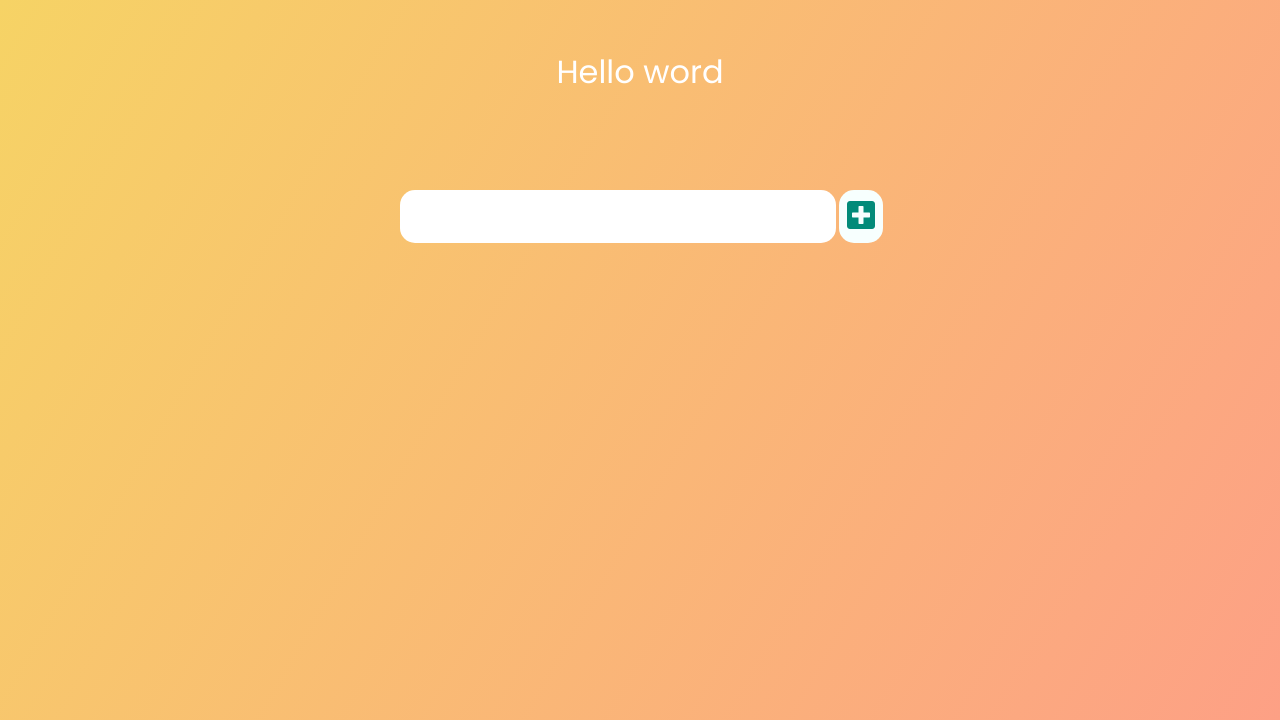
Repository: 2021-IBM-Accelerate-SW-Track/lab-1-team-34
Page: /
The author's editor kept a copy of each file at every save. The page is drawn from the files as they stood at one save, then again after the next save.
The browser window is 1280 px wide. The pictures show the whole page.
Some web libraries are served in a nearby version. The project was rebuilt for these pictures with package versions that can differ from the ones it lists, and the page was loaded fresh each time. Also part of the build but not shown: src/components/Todo.js.

Above is the page before, as saved 2021-06-16 21:50:05.

### public/index.html
<!DOCTYPE html>
<html lang="en">
  <head>
    <meta charset="utf-8" />
    <link
      href="https://fonts.googleapis.com/css?family=Poppins&display=swap"
      rel="stylesheet"
    />
    <link
      rel="stylesheet"
      href="https://cdnjs.cloudflare.com/ajax/libs/font-awesome/5.12.1/css/all.min.css"
      integrity="sha256-mmgLkCYLUQbXn0B1SRqzHar6dCnv9oZFPEC1g1cwlkk="
      crossorigin="anonymous"
      <meta
      name="viewport"
      content="width=device-width, initial-scale=1"
    />
    <meta name="theme-color" content="#000000" />
    <meta
      name="description"
      content="Web site created using create-react-app"
    />
    <link rel="apple-touch-icon" href="%PUBLIC_URL%/logo192.png" />
    <!--
      manifest.json provides metadata used when your web app is installed on a
      user's mobile device or desktop. See https://developers.google.com/web/fundamentals/web-app-manifest/
    -->
    <link rel="manifest" href="%PUBLIC_URL%/manifest.json" />
    <!--
      Notice the use of %PUBLIC_URL% in the tags above.
      It will be replaced with the URL of the `public` folder during the build.
      Only files inside the `public` folder can be referenced from the HTML.

      Unlike "/favicon.ico" or "favicon.ico", "%PUBLIC_URL%/favicon.ico" will
      work correctly both with client-side routing and a non-root public URL.
      Learn how to configure a non-root public URL by running `npm run build`.
    -->
    <title>React App</title>
  </head>
  <body>
    <noscript>You need to enable JavaScript to run this app.</noscript>
    <div id="root"></div>
    <!--
      This HTML file is a template.
      If you open it directly in the browser, you will see an empty page.

      You can add webfonts, meta tags, or analytics to this file.
      The build step will place the bundled scripts into the <body> tag.

      To begin the development, run `npm start` or `yarn start`.
      To create a production bundle, use `npm run build` or `yarn build`.
    -->
  </body>
</html>

### src/App.js
import "./App.css";
import Form from "./components/form";
import React, { useState } from "react";
import List from "./components/list";
import Header from "./components/header";

function App() {
  const [inputText, setInputText] = useState("");
  const [todos, setTodos] = useState([]);

  return (
    <div className="App">
      <Header />
      <Form
        inputText={inputText}
        todos={todos}
        setTodos={setTodos}
        setInputText={setInputText}
      />
      <List setTodos={setTodos} todos={todos} />
    </div>
  );
}

export default App;

### src/App.css
* {
  margin: 0;
  padding: 0;
  box-sizing: border-box;
}
body {
  background-image: linear-gradient(120deg, #f6d365 0%, #fda085 100%);
  color: white;
  font-family: "Poppins", sans-serif;
  min-height: 100vh;
}
header {
  font-size: 2rem;
}

header,
form {
  min-height: 20vh;
  display: flex;
  justify-content: center;
  align-items: center;
  border-radius: 15px;
}
form input,
form button {
  padding: 0.5rem;
  font-size: 2rem;
  border: none;
  background: white;
  border-radius: 15px;
  margin-left: 3px;
}
form button {
  color: #028b79;
  background: #f7fffe;
  cursor: pointer;
  transition: all 0.3s ease;
}
form button:hover {
  background: #ff6f47;
  color: white;
}
.todo-container {
  display: flex;
  justify-content: center;
  align-items: center;
}

.todo-list {
  min-width: 30%;
  list-style: none;
}

.todo {
  margin: 0.9rem;
  background: white;
  font-size: 1rem;
  color: black;
  display: flex;
  /* justify-content: space-between; */
  align-items: center;
  transition: all 1s ease;
  border-radius: 15px;
}
.filter-todo {
  padding: 1rem;
}
.todo li {
  flex: 1;
}

.trash-btn,
.edit-btn,
.complete-btn {
  background: #ff6f47;
  color: white;
  border: none;
  padding: 1rem;
  cursor: pointer;
  font-size: 0.9rem;
  border-radius: 15px;
  margin: 1px;
}
.complete-btn {
  background: #2ea8d9;
}
.edit-btn {
  background: #2a2b2d;
}
.trash-btn {
  background: rgb(228, 39, 39);
}
.todo-item {
  padding: 0rem 0.5rem;
}

.fa-trash,
.fa-check {
  pointer-events: none;
}

.fall {
  transform: translateY(10rem) rotateZ(20deg);
  opacity: 0;
}

.completed {
  text-decoration: line-through;
  opacity: 0.5;
}

/*CUSTOM SELECTOR */
select {
  -webkit-appearance: none;
  -moz-appearance: none;
  -ms-appearance: none;
  appearance: none;
  outline: 0;
  box-shadow: none;
  border: 0 !important;
  background-image: none;
}

/* Custom Select */
.select {
  margin: 1rem;
  position: relative;
  overflow: hidden;
}
select {
  color: #ff6f47;
  font-family: "Poppins", sans-serif;
  cursor: pointer;
  width: 12rem;
}
/* Arrow */
.select::after {
  content: "\25BC";
  position: absolute;
  top: 0;
  right: 0;
  padding: 1rem;
  background: #ff6f47;
  cursor: pointer;
  pointer-events: none;
}
/* Transition */
/*
.select:hover::after {
  transform: scale(1.5);
}
*/

### src/components/form.js
import React from "react";

const form = ({ setInputText, todos, setTodos, inputText }) => {
  const inputTextHandler = (e) => {
    console.log(e.target.value);
    setInputText(e.target.value);
  };
  const submitTodoHandler = (e) => {
    e.preventDefault();
    setTodos([
      ...todos,
      { text: inputText, completed: false, id: Math.random() * 1000 },
    ]);
    setInputText("");
  };

  const inputValidation = (e) => {
    e.preventDefault();
    if (inputText !== "" && inputText !== " ") {
      console.log(todos);
      submitTodoHandler(e);
    }
  };

  return (
    <form>
      <input
        value={inputText}
        onChange={inputTextHandler}
        type="text"
        className="todo-input"
      />
      <button onClick={inputValidation} className="todo-button" type="submit">
        <i className="fas fa-plus-square"></i>
      </button>
      {/* <div className="select">
        <select name="todos" className="filter-todo">
          <option value="all">All</option>
          <option value="completed">Completed</option>
          <option value="uncompleted">Uncompleted</option>
        </select>
      </div> */}
    </form>
  );
};

export default form;

### src/components/list.js
import React from "react";
import Todo from "./Todo";

const Todolist = ({ todos, setTodos }) => {
  return (
    <div className="todo-container">
      <ul className="todo-list">
        {todos.map((todo) => (
          <Todo
            key={todo.id}
            text={todo.text}
            setTodos={setTodos}
            todos={todos}
            todo={todo}
          />
        ))}
      </ul>
    </div>
  );
};

export default Todolist;

### src/components/header.js
import React from "react";

function header() {
  return <header>Hello word</header>;
}

export default header;

Loaded but not shown: src/index.js (common file); src/index.css (common file); src/reportWebVitals.js (common file)

After the next save:
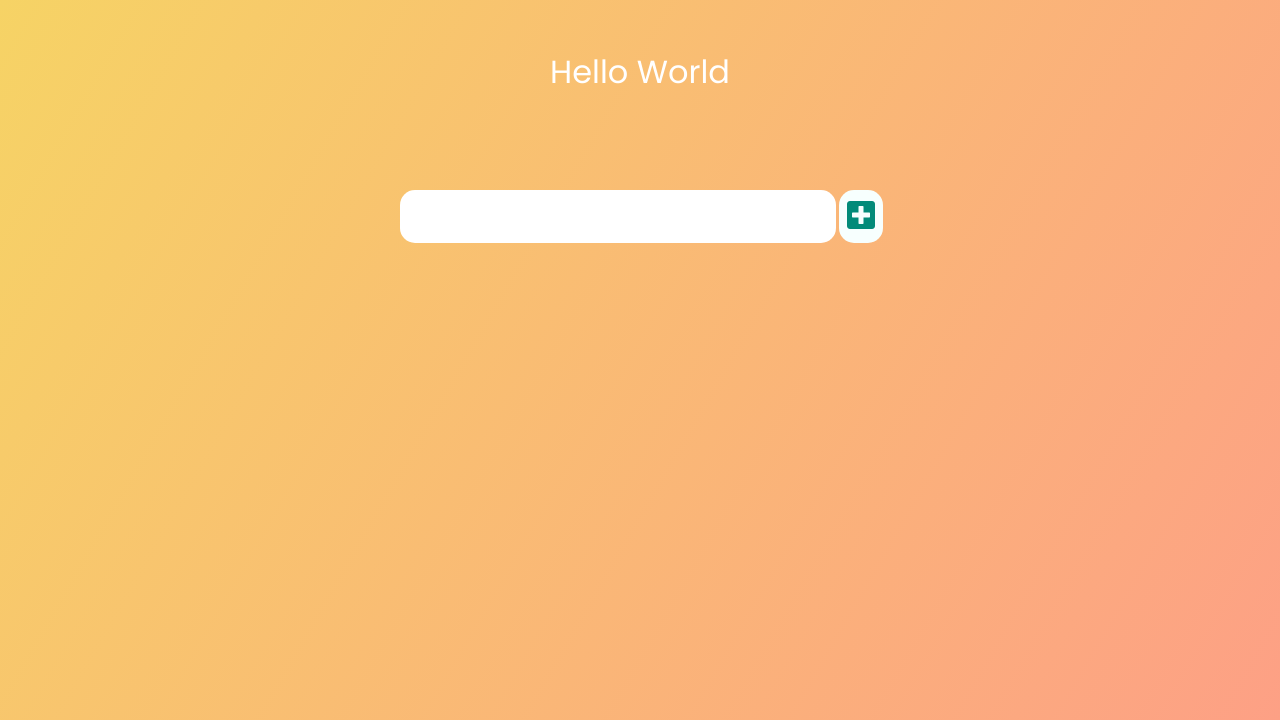
Saved 9 s later.
--- a/src/components/header.js
+++ b/src/components/header.js
@@ -1,7 +1,7 @@
 import React from "react";
 
 function header() {
-  return <header>Hello word</header>;
+  return <header>Hello World</header>;
 }
 
 export default header;
